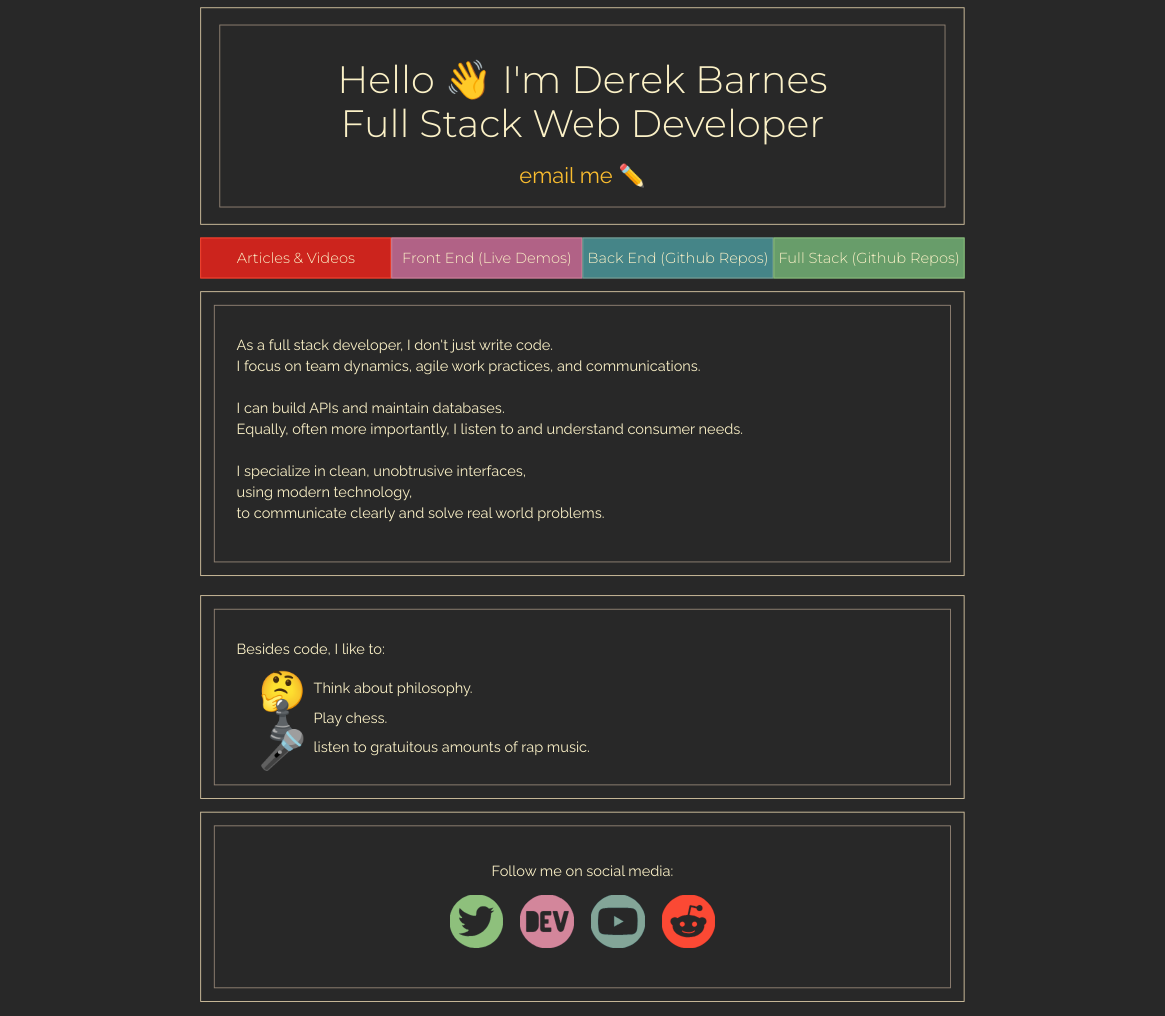
Repository: dsbarnes/groovy-blog
Page: index.html
The author's editor kept a copy of each file at every save. The page is drawn from the files as they stood at one save, then again after the next save.
The browser window is 1280 px wide. The pictures show the whole page, at 91% of full size.
The style sheet was rebuilt from its Sass, Less or Tailwind sources for each picture, by a compiler version that may differ from the author's.

Above is the page before, as saved 2020-05-09 20:31:21.
Console error: TypeError: Cannot read properties of null (reading 'addEventListener')

### index.html
<!DOCTYPE html>
<html lang="en">

<head>
    <meta charset="UTF-8">
    <meta name="viewport" content="width=device-width, initial-scale=1.0">
    <link href="https://fonts.googleapis.com/css2?family=Montserrat:wght@300&display=swap" rel="stylesheet">
    <link href="https://fonts.googleapis.com/css2?family=Raleway&display=swap" rel="stylesheet">

    <title>D.S. Barnes</title>

    <link rel="stylesheet" href="./CSS/style.css">
</head>

<body>
    <div class="container">

        <div id='nameCard'>
            <div id="doubleBorder">
                <p>Hello 👋 I'm Derek Barnes</p>
                <p>Full Stack Web Developer</p>
                <br />
                <small><a href='mailto:derekb0147@gmail.com'>email me ✏️</a></small>
                <br />
            </div>
        </div>

        <div id='selections'>
            <p class='nav' data-color='red' id='articles'>Articles & Videos</p>
            <p class='nav' data-color='purple' id='frontend'>Front End (Live Demos)</p>
            <p class='nav' data-color='blue' id='backend'>Back End (Github Repos)</p>
            <p class='nav' data-color='aqua' id='fullstack'>Full Stack (Github Repos)</p>
        </div>

        <!-- <button id="toggle-button">Toggle collapse</button> -->

        <!-- Section one -->
        <div class="content">
            <div class='double-border'>
                <div id='about-section-text'>
                    <p>As a full stack developer, I don't just write code.</p>
                    <p>I focus on team dynamics, agile work practices, and communications.</p>
                    <br />
                    <p>I can build APIs and maintain databases.</p>
                    <p>Equally, often more importantly, I listen to and understand consumer needs.</p>
                    <br />
                    <p>I specialize in clean, unobtrusive interfaces,</p>
                    <p>using modern technology,</p>
                    <p>to communicate clearly and solve real world problems.</p>
                </div>

                <div id='articles-section-text'></div>
                <div id='frontend-section-text'></div>
                <div id='backend-section-text'></div>
                <div id='fullstack-section-text'></div>

            </div>
        </div>


        <!-- Section two -->
        <div class="hobbies collapsible">
            <div class='double-border collapsible'>

                <p>Besides code, I like to:</p>
                <br />

                <p class='xpad'>
                    <span class='bigEmoji'>🤔</span>
                    <span class='emojiText'>Think about philosophy.</span>
                </p>

                <p class='xpad'>
                    <span class='bigEmoji'>♟️</span>
                    <span class='emojiText'>Play chess.</span>
                </p>

                <p class='xpad'>
                    <span class='bigEmoji'>🎤</span>
                    <span class='emojiText'>listen to gratuitous amounts of rap music.</span>
                </p>


            </div>
        </div>


        <!-- Section three -->
        <div class="social-media">
            <div class="double-border">

                <p>Follow me on social media:</p>

                <div id='media-icons'>
                    <img src='../SVG/twitterLogo.svg'><a href='#' id='twitter'></a></img>
                    <img src='../SVG/devLogo.svg'><a href='#' id="devto"></a></img>
                    <img src='../SVG/youtubeLogo.svg'><a href='#' id='youtube'></a></img>
                    <img src='../SVG/redditLogo.svg'><a href='#' id='reddit'></a></img>
                </div>

            </div>
        </div>

    </div><!-- container -->

    <script type=module src="index.js"></script>
</body>

</html>

### index.js
import articles from './components/articles.js'
import repos from './components/repos.js'

import articlesData from './siteData/articles.js'
import backendData from './siteData/backEnd.js'
import frontendData from './siteData/frontEnd.js'
import fullstackData from './siteData/fullStack.js'

document.querySelector('#toggle-button')
    .addEventListener('click',
        function () {
            // Remove the about me section:
            const aboutText = document.getElementById('about-section-text')
            aboutText.style.display = 'none'

            // Add overflow: scroll
            document.querySelector('.section-one')
                .classList.toggle('collapsed')

            // Shrinks and fades out the middle box
            document.querySelector('.section-two.collapsible')
                .classList.toggle('collapsed')

            document.querySelector('.section-three')
                .classList.toggle('collapsed')

            // repopulate what was the about section
            // it is now the section the user clicked
            repos(backendData)




            // document.querySelector('.double-border.collapsible')
            //     .classList.toggle('collapsed')
        });

### components/articles.js
function modules(arr) {
    console.log('modules works')
}

export default modules

### components/repos.js
function repos(arr) {

    const root = document.getElementById('articles-section-text')

    for (const element of arr) {

        const keys = Object.keys(element)

        const container = document.createElement('div')
        const title = document.createElement('h1')
        const repolink = document.createElement('p')
        const demolink = document.createElement('p')
        const description = document.createElement('p')

        title.innerHTML = element['Repo']
        container.appendChild(title)

        repolink.innerHTML = element['RepoLink']
        container.appendChild(repolink)

        demolink.innerHTML = element['DemoLink']
        container.appendChild(demolink)

        description.innerHTML = element['Description']
        container.appendChild(description)


        container.id = 'article'
        root.appendChild(container)

    }
}

export default repos

### siteData/articles.js
const articleData = [
    {
        "Title": "Article Project One",
        "Link": "blah.com",
        "Date": "date-posted",
        "Short": "fjdklsafjdlks;fajsdl;f"
    },
    {
        "Title": "Article Project Two",
        "Link": "blah.com",
        "Date": "date-posted",
        "Short": "fjdklsafjdlks;fajsdl;f"
    },
    {
        "Title": "Article Project Three",
        "Link": "blah.com",
        "Date": "date-posted",
        "Short": "fjdklsafjdlks;fajsdl;f"
    },
    {
        "Title": "Article Project Four",
        "Link": "blah.com",
        "Date": "date-posted",
        "Short": "fjdklsafjdlks;fajsdl;f"
    },
    {
        "Title": "Article Project Five",
        "Link": "blah.com",
        "Date": "date-posted",
        "Short": "fjdklsafjdlks;fajsdl;f"
    }
]

export default articleData

### siteData/backEnd.js
const backendData = [
    {
        "Repo": "Back End Project One",
        "RepoLink": "blah.com",
        "Description": "README.md"
    },
    {
        "Repo": "Back End Project Two",
        "RepoLink": "blah.com",
        "Description": "README.md"
    },
    {
        "Repo": "Back End Project Three",
        "RepoLink": "blah.com",
        "Description": "README.md"
    },
    {
        "Repo": "Back End Project Four",
        "RepoLink": "blah.com",
        "Description": "README.md"
    },
    {
        "Repo": "Back End Project Five",
        "RepoLink": "blah.com",
        "Description": "README.md"
    }
]

export default backendData

### siteData/frontEnd.js
const frontendData = [
    {
        "Repo": "Front End Project One",
        "RepoLink": "blah.com",
        "DemoLink": "demo link",
        "Description": "README.md"
    },
    {
        "Repo": "Front End Project Two",
        "RepoLink": "blah.com",
        "DemoLink": "demo link",
        "Description": "README.md"
    },
    {
        "Repo": "Front End Project Three",
        "RepoLink": "blah.com",
        "DemoLink": "demo link",
        "Description": "README.md"
    },
    {
        "Repo": "Front End Project Four",
        "RepoLink": "blah.com",
        "DemoLink": "demo link",
        "Description": "README.md"
    },
    {
        "Repo": "Front End Project Five",
        "RepoLink": "blah.com",
        "DemoLink": "demo link",
        "Description": "README.md"
    }
]

export default frontendData

### siteData/fullStack.js
const fullstackData = [
    {
        "Repo": "Full Stack Project One",
        "RepoLink": "blah.com",
        "Description": "README.md"
    },
    {
        "Repo": "Full Stack Project Two",
        "RepoLink": "blah.com",
        "Description": "README.md"
    },
    {
        "Repo": "Full Stack Project Three",
        "RepoLink": "blah.com",
        "Description": "README.md"
    },
    {
        "Repo": "Full Stack Project Four",
        "RepoLink": "blah.com",
        "Description": "README.md"
    },
    {
        "Repo": "Full Stack Project Five",
        "RepoLink": "blah.com",
        "Description": "README.md"
    }
]

export default fullstackData

### style.scss
// Main Container:
// Sizings - everything is a multiple of 14!!
$container-width: 840px;
$container-height: 1100px;
$outer-width: $container-width * .8;
$margin-pad-sizing: 14px;


// Gruvbox colors:
$background-color: #282828;
$background-alt-color: #3c3836;
$font-color: #fbf1c7;
$font-alt-color: #ebdbb2;
$outer-border: #d5c4a1;
$inner-border: #928374;
$red-color: #cc241d;
$light-red-color: #fb4934;
$green-color: #98971a;
$light-green-color: #b8bb26;
$yellow-color: #d79921;
$light-yellow-color: #fabd2f;
$blue-color: #458588;
$light-blue-color: #83a598;
$purple-color: #b16286;
$light-purple-color: #d3869b;
$aqua-color: #689d6a;
$light-aqua-color: #8ec07c;


// Font:
$title-font: 'Montserrat', sans-serif;
$body-font: 'Raleway', sans-serif;
$title-font-size: 42px;
$body-font-size: 16px;


//Mixins:
@mixin bg-border($bg-color, $border-color){
  background-color: $bg-color;
  border: 1px solid $border-color;
}
@mixin font-fam-size($fam, $size){
  font-family: $fam;
  font-size: $size;
}
@mixin sectionButton($bg-color, $border-color){
  @include bg-border($bg-color, $border-color);
  @include font-fam-size($title-font, $body-font-size);
  display: inline-block;
  margin: 0 auto;
  //That just looks best as 12, idk.
  padding: 12px 0px;
  text-align: center;
  width: (($container-width / 4));
}

// Keyframes:
@keyframes fade-in{
  from{color: white;}
  to{ color: black;}
}
#article{ animation: fade-in 3s forwards;}


// Overall styling:
* { box-sizing:border-box; }
body{ background-color: $background-color; color: $font-color }

//Everything visible is inside this container:
.container {
  display:flex;
  flex-direction:column;
  justify-content:flex-start;
  width: $container-width;
  margin: 0 auto;
  // we're required to set height explicitly
  height: $container-height;
}

// Name Card
#nameCard{
  border: 1px solid $outer-border;
  padding: 4px;
  text-align: center;
  line-height: $margin-pad-sizing/2;

  small{ @include font-fam-size($body-font, $body-font-size*1.5); }
  a{ text-decoration: none; color: $light-yellow-color }

  #doubleBorder{
      @include bg-border($background-color, $inner-border);
      p{ @include font-fam-size($title-font, $title-font-size);}
      margin: 14px auto;
      padding: 14px 14px 28px 14px;

      // 14px b/c of margin.
      // Why *3? Good question.
      width: ($container-width - 14px*3);
  }
}

// Nav 'buttons'
#selections{
  display: flex;
  justify-content: space-between;
  margin-top: 14px;
}
#articles{ @include sectionButton($red-color, $light-red-color) }
#frontend{ @include sectionButton($purple-color, $light-purple-color) }
#backend{ @include sectionButton($blue-color, $light-blue-color) }
#fullstack{ @include sectionButton($aqua-color, $light-aqua-color) }

// General double border settings, different from
// name card b/c ...damnit
.double-border{
  border: 1px solid $inner-border;
  height: calc(100% - 28px);
  width: calc(100% - 28px);
  margin: 14px auto 0 auto;
  padding: 24px;
}
.double-border.collapsed { border: 0px solid white; }


// This is the section that expands:
.content{
  @include bg-border($background-color, $outer-border);
  @include font-fam-size($body-font, $body-font-size);
  line-height: 7px;
  margin: 14px 0;
  flex: 3;
  // overflow: hidden;
}
.content.collapsed{
  // overflow: hidden;
  .double-border{ overflow: scroll; }
}
// This section dissapears:
.hobbies {
  // note that we're transitioning flex, not height!
  @include bg-border($background-color, $outer-border);
  @include font-fam-size($body-font, $body-font-size);
  line-height: 7px;
  margin: 7px 0;
  flex: 2;
  .bigEmoji{ font-size: $title-font-size; }
  .xpad{ padding-left: 24px; }
  .emojiText{
      bottom: 12px;
      padding-left: 4px;
      position: relative;
  }
  // overflow:hidden;
  transition:all 0.4s ease;
  transition-property: flex, border, margin, padding, color;
}
.hobbies.collapsed {
  border: 0px solid $background-color;
  color: $background-color;
  flex: 0;
  margin: 0 200px;
  padding: 0 400px;
}
// This section never changes
.social-media{
  @include bg-border($background-color, $outer-border);
  @include font-fam-size($body-font, $body-font-size);
  text-align: center;
  margin: 7px 0;
  flex: 2;
  transition: all 0.6s ease;
}
.section-three.collapsed{ flex: 1; }


// Social Media Icons:
#media-icons{
  width: $container-width / 2;
  margin: 0 auto;
  text-align: center;
  line-height: 14px;
  img{ width: 14.2%; margin: 0 7px; }
}

After the next save:
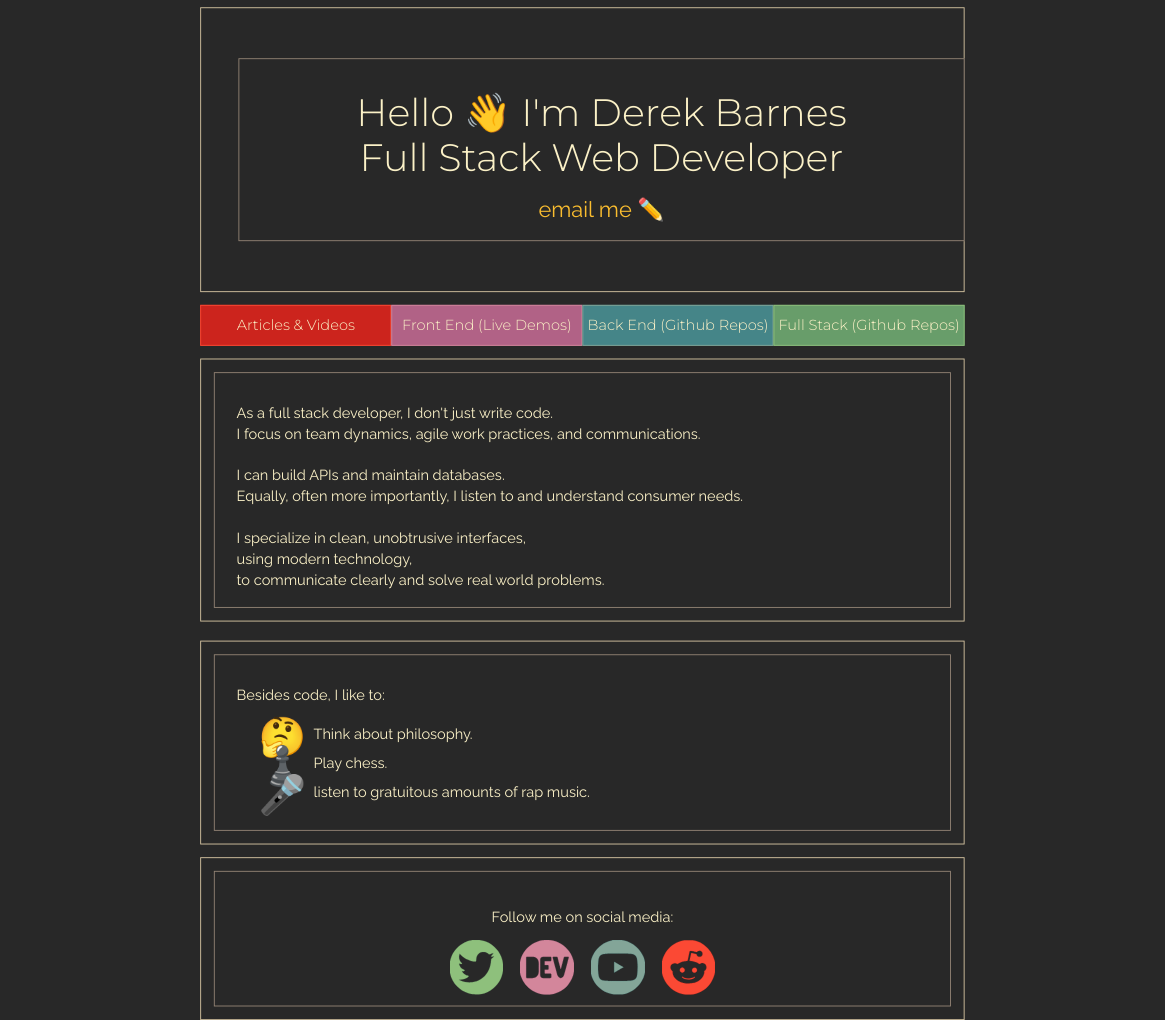
Saved 4 s later.
--- a/style.scss
+++ b/style.scss
@@ -80,7 +80,7 @@ body{ background-color: $background-color; color: $font-color }
 // Name Card
 #nameCard{
   border: 1px solid $outer-border;
-  padding: 4px;
+  padding: 41px;
   text-align: center;
   line-height: $margin-pad-sizing/2;
 
